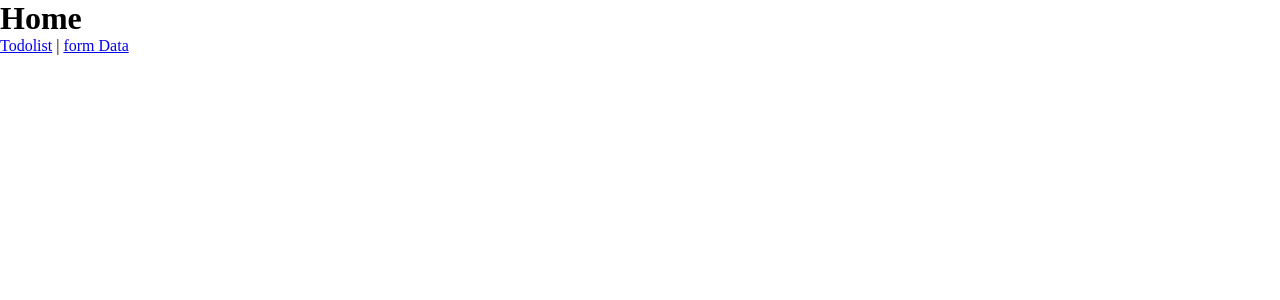
Repository: phamhac178/todolist-reactjs
Page: /
An editor plug-in stored every save of this project. The page is shown before and after the next save, followed by the edit.
The browser window is 1280 px wide. The pictures show the whole page.
Some web libraries are served in a nearby version. The project was rebuilt for these pictures with package versions that can differ from the ones it lists, and the page was loaded fresh each time. Also part of the build but not shown: src/Components/Form.js, src/Components/Header.js, src/Components/TodoList.js, src/Components/Todos.js, src/scss/data.css, src/Components/Data.js.

Above is the page before, as saved 2022-07-18 16:47:52.

After the next save:
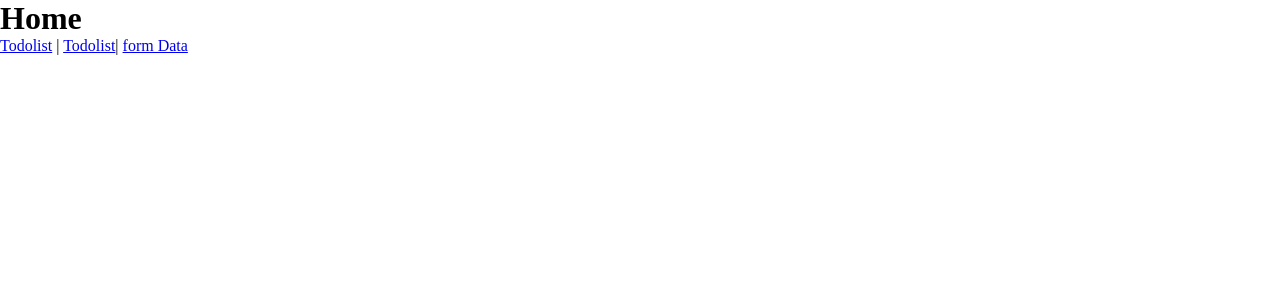
Saved 10 s later.
--- a/src/Components/Menu.js
+++ b/src/Components/Menu.js
@@ -4,7 +4,9 @@ function Menu() {
         <div>
             <h1>Home</h1>
             <nav>
-                <Link to="/">Todolist</Link> | <Link to="Data">form Data</Link>
+                <Link to="/">Todolist</Link> |{" "}
+                <Link to="Todolist">Todolist</Link>|{" "}
+                <Link to="Data">form Data</Link>
             </nav>
         </div>
     );
